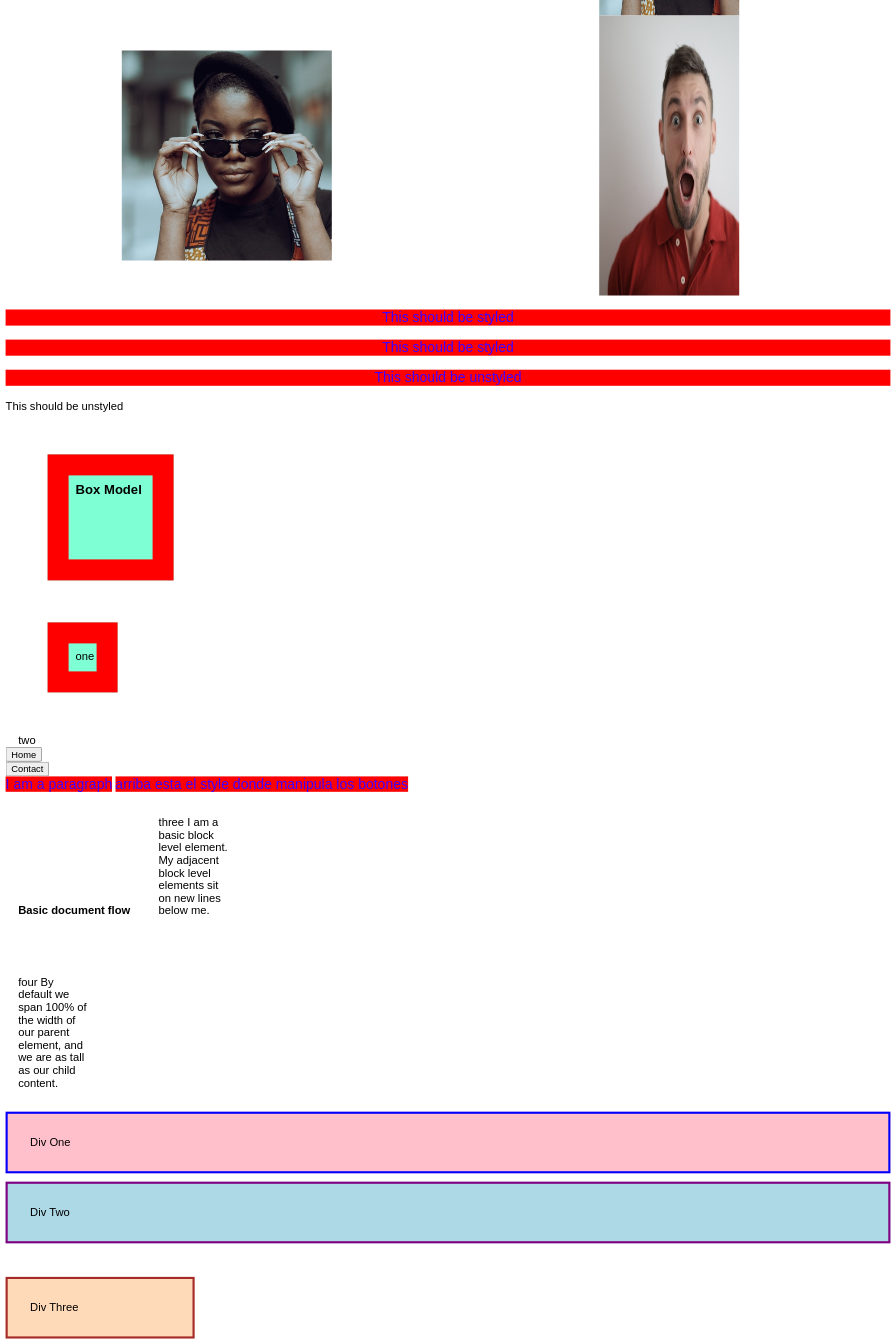
Repository: HeliosAI9/First-test-website
Page: mywebsite/html-boilerplate/pagetwo.html
These files come from the project's save history. The page is drawn as it stood at one moment and after the next save; the edit follows.
The browser window is 1280 px wide. The pictures show the part of the page from y = 1033 to 2953 px (the page is 2953 px tall), at 70% of full size.

Above is the page before, as saved 2023-05-31 10:00:20.
Not found: mywebsite/html-boilerplate/script.js

After the next save:
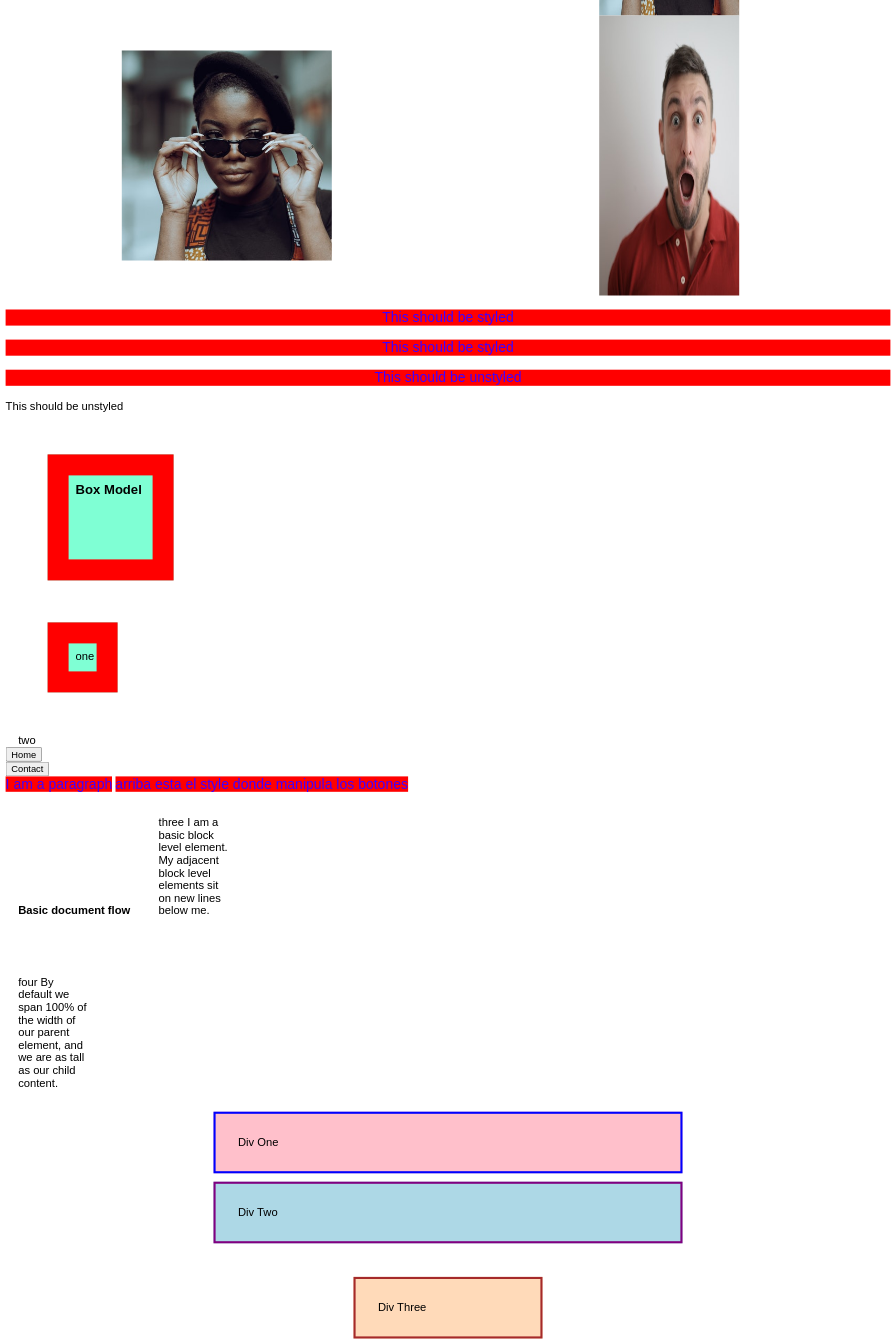
Saved 68 s later.
--- a/mywebsite/html-boilerplate/css/style.css
+++ b/mywebsite/html-boilerplate/css/style.css
@@ -129,6 +129,8 @@
 
   .assignment-div {
     padding: 32px;
+    max-width: 600px;
+    margin: 0 auto;
   }
 
   .assignment-div.div-one {
